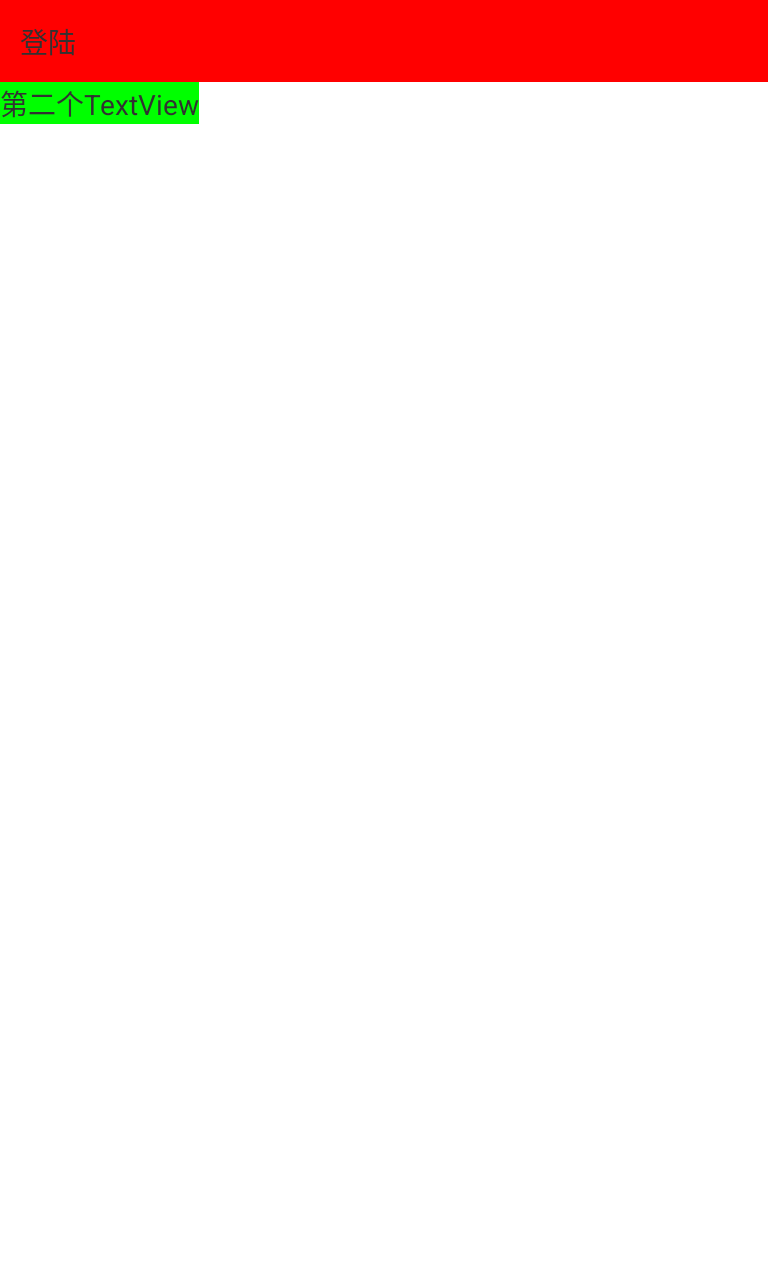
Repository: mrhanliang/Android_4.2
Layout: S01_E07_Layout/res/layout/first_layout.xml
These files come from the project's save history. The layout is drawn as it stood at one moment and after the next save; the edit follows.
It is drawn on a 768 x 1280 px phone screen (xhdpi) without system bars, with theme AppTheme; the app's code is not run.

Above is the layout before, as saved 2015-11-29 15:30:06.

### S01_E07_Layout/res/layout/first_layout.xml
<?xml version="1.0" encoding="utf-8"?>
<LinearLayout xmlns:android="http://schemas.android.com/apk/res/android"
    android:layout_width="match_parent"
    android:layout_height="match_parent"
    android:orientation="vertical" >
    <TextView
        android:layout_height="wrap_content"
        android:layout_width="match_parent"
        android:background="#FF0000"
        android:padding="10dp"
        android:text="登陆"/>

    <TextView
        android:layout_height="wrap_content"
        android:layout_width="wrap_content"
        android:background="#00FF00"
        android:layout_margin="0dp"
        android:text="第二个TextView"/>

</LinearLayout>

Loaded but not shown: S01_E07_Layout/res/values/styles.xml (common file); S01_E07_Layout/res/values-v11/styles.xml (common file); S01_E07_Layout/res/values-v14/styles.xml (common file)

After the next save:
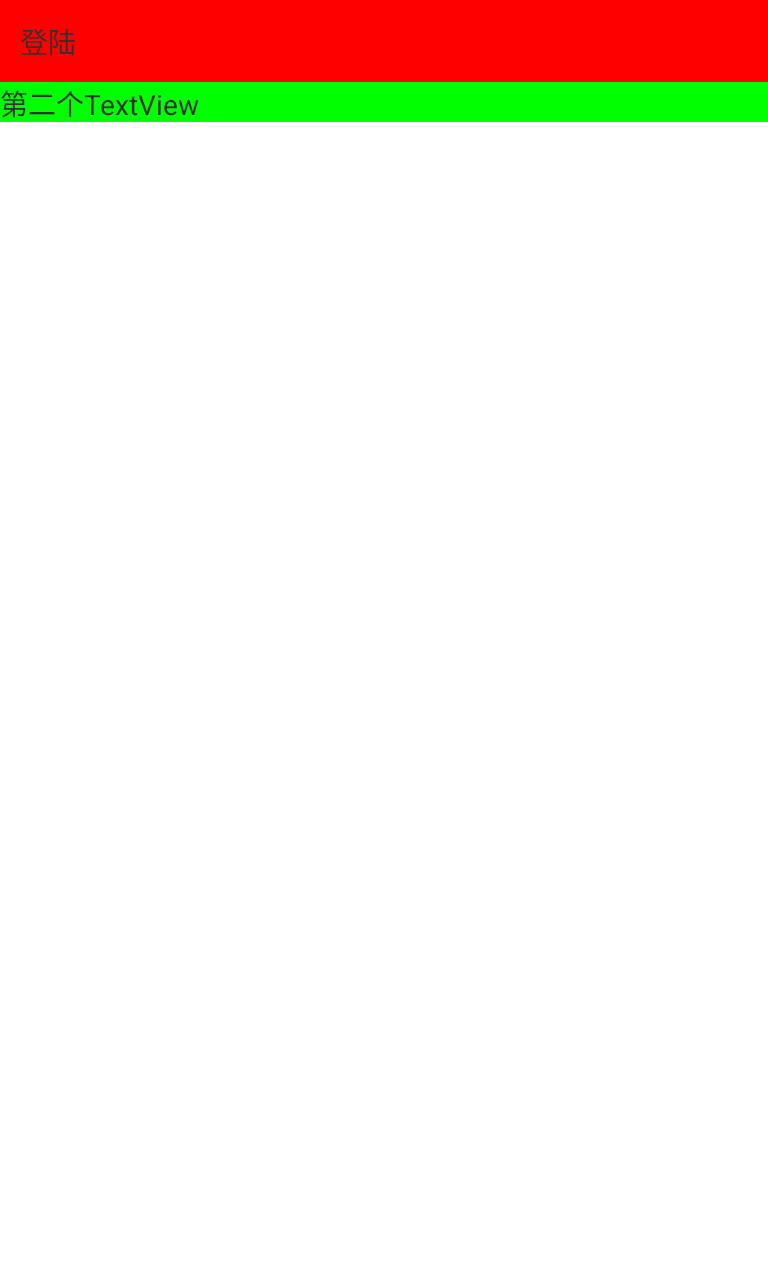
Saved 12 h 28 min later.
--- a/S01_E07_Layout/res/layout/first_layout.xml
+++ b/S01_E07_Layout/res/layout/first_layout.xml
@@ -11,8 +11,8 @@
         android:text="登陆"/>
 
     <TextView
-        android:layout_height="wrap_content"
-        android:layout_width="wrap_content"
+        android:layout_height="20dp"
+        android:layout_width="match_parent"
         android:background="#00FF00"
         android:layout_margin="0dp"
         android:text="第二个TextView"/>
